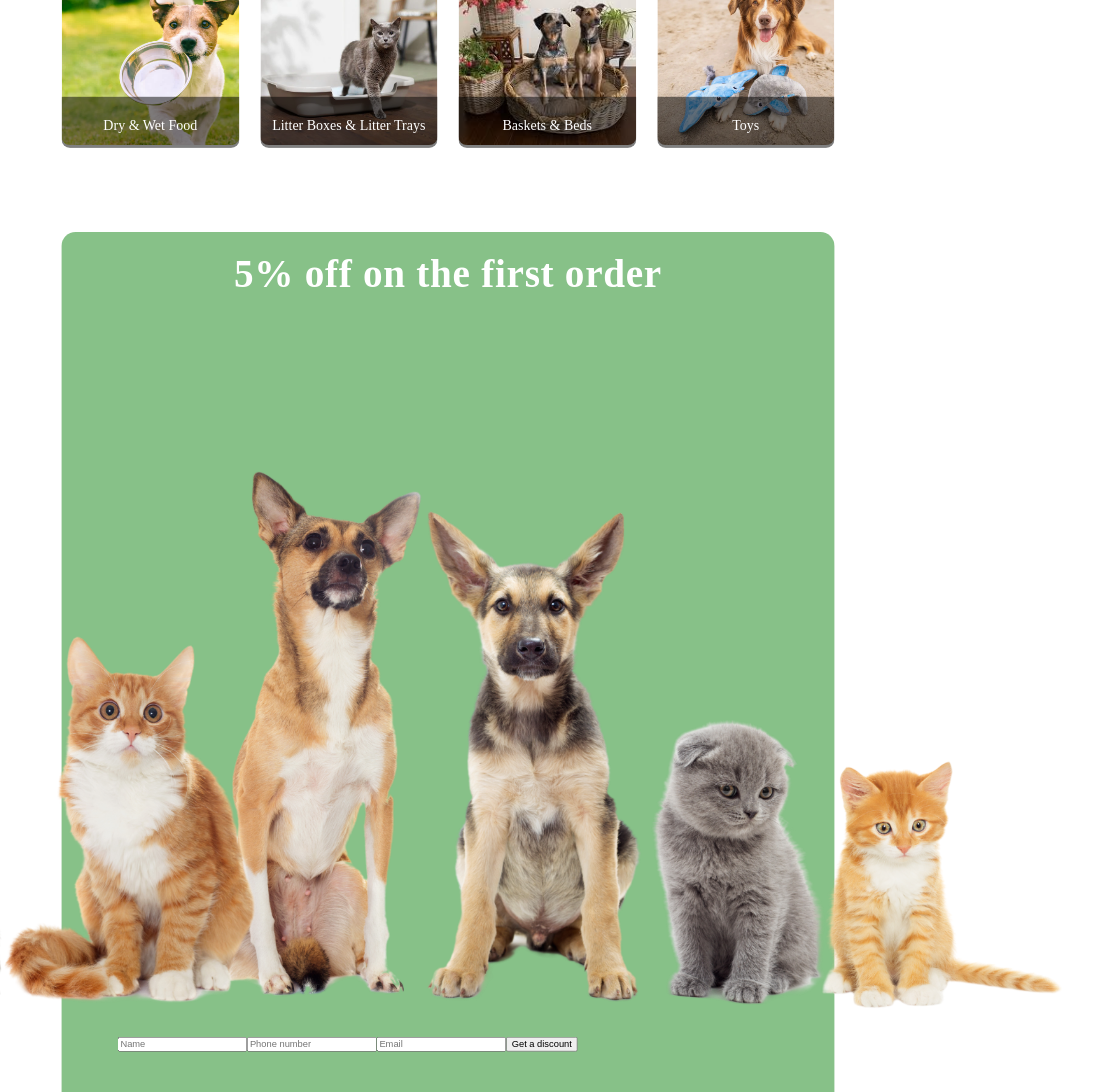
Repository: JuliiaJuliia/pet-shop-frontend
Page: / (app in pet-shop-frontend/)
The author's editor kept a copy of each file at every save. The page is drawn from the files as they stood at one save, then again after the next save.
The browser window is 1280 px wide. The page is 1600 px wide, so the pictures cover 1600 px, including what lies to the right of the window. The pictures show the part of the page from y = 835 to 2395 px (the page is 3082 px tall before and 2802 px after), at 70% of full size.
The project was rebuilt for these pictures with package versions that can differ from the ones it lists, and the page was loaded fresh each time. Also part of the build but not shown: pet-shop-frontend/vite.config.js, pet-shop-frontend/src/pages/CheckoutPage.jsx, pet-shop-frontend/src/api/axios.js, pet-shop-frontend/src/components/ProductList.jsx.

Above is the page before, as saved 2025-11-06 20:58:49.

### pet-shop-frontend/index.html
<!doctype html>
<html lang="en">
  <head>
    <meta charset="UTF-8" />
    <link rel="icon" type="image/svg+xml" href="/vite.svg" />
    <meta name="viewport" content="width=device-width, initial-scale=1.0" />
    <title>pet-shop-frontend</title>
  </head>
  <body>
    <div id="root"></div>
    <script type="module" src="/src/main.jsx"></script>
  </body>
</html>

### pet-shop-frontend/src/main.jsx
import HomePage from "./pages/HomePage";
import CheckoutPage from "./pages/CheckoutPage";
import React from "react";
import ReactDOM from "react-dom/client";
import { BrowserRouter, Routes, Route } from "react-router-dom";
import Header from "./components/Header/Header.jsx";
import ProductList from "./components/ProductList";

function Categories() {
  return <h2 style={{ textAlign: "center" }}>Categories Page</h2>;
}

function Sales() {
  return <h2 style={{ textAlign: "center" }}>Sales Page</h2>;
}

function Cart() {
  return <h2 style={{ textAlign: "center" }}>Your Cart is empty</h2>;
}

ReactDOM.createRoot(document.getElementById("root")).render(
  <BrowserRouter>
    <Header />
    <Routes>
      <Route path="/" element={<HomePage />} />
      <Route path="/categories" element={<Categories />} />
      <Route path="/products" element={<ProductList />} />
      <Route path="/sales" element={<Sales />} />
      <Route path="/cart" element={<Cart />} />
    </Routes>
  </BrowserRouter>
);

### pet-shop-frontend/src/pages/HomePage.jsx
import React from "react";
import MainBanner from "../components/MainBanner";
import Categories from "../components/Categories";
import DiscountBanner from "../components/DiscountBanner";
import SaleSection from "../components/SaleSection/SaleSection";

const HomePage = () => {
  return (
    <div>
      <MainBanner />
      <Categories />
      <DiscountBanner />
      <SaleSection />
    </div>
  );
};

export default HomePage;

### pet-shop-frontend/src/components/Header/Header.jsx
import React from "react";
import { Link } from "react-router-dom";
import "./Header.css";

const Header = () => {
  return (
    <header className="header">
      <div className="header__logo">
        <Link to="/">PetShop 🐾</Link>
      </div>
      <nav className="header__nav">
        <Link to="/">Main Page</Link>
        <Link to="/categories">Categories</Link>
        <Link to="/products">All products</Link>
        <Link to="/sales">All sales</Link>
      </nav>
      <div className="header__cart">
        <Link to="/cart">
        <img src="/icon.svg" alt="Cart" className="header__cart-icon" />
        </Link>
</div>
    </header>
  );
};

export default Header;

### pet-shop-frontend/src/components/MainBanner.jsx
import React from "react";
import { Link } from "react-router-dom";
import "./MainBanner.css";

const MainBanner = () => {
  return (
    <section className="main-banner">
      <div className="main-banner__overlay">
        <div className="main-banner__content">
        <h1>Amazing Discounts <br /> on Pets Products!</h1>
        <Link to="/checkout" className="banner-btn">Check out</Link>
        </div>
      </div>
    </section>
  );
};

export default MainBanner;

### pet-shop-frontend/src/components/Categories.jsx
import React from "react";
import { Link } from "react-router-dom";
import "./Categories.css";

const categories = [
  { id: 1, name: "Dry & Wet Food", image: "/Dog.jpg" },
  { id: 2, name: "Litter Boxes & Litter Trays", image: "/Cat.jpg" },
  { id: 3, name: "Baskets & Beds", image: "/Dogs.jpg" },
  { id: 4, name: "Toys", image: "/Dog and Fish.jpg" },
];

const Categories = () => {
  return (
    <section className="categories">
      <div className="categories__header">
        <h2>Categories</h2>
        <div className="categories__line"></div>

        <Link to="/products" className="all-categories-btn">
          All categories
        </Link>
      </div>

      <div className="categories__grid">
        {categories.map((category) => (
          <div key={category.id} className="category-card">
            <img src={category.image} alt={category.name} />
            <div className="category-card__overlay">
              <p>{category.name}</p>
            </div>
          </div>
        ))}
      </div>
    </section>
  );
};

export default Categories;

### pet-shop-frontend/src/components/DiscountBanner.jsx
import { useState } from "react";
import "./DiscountBanner.css";

export default function DiscountBanner() {
  const [form, setForm] = useState({ name: "", phone: "", email: "" });
  const [sent, setSent] = useState(false);

  const handleChange = (e) => {
    setForm({ ...form, [e.target.name]: e.target.value });
    setError("");
  };

  const handleSubmit = (e) => {
    e.preventDefault();

    if (!form.name || !form.phone || !form.email) {
      setError("Fill in this field");
      return;
    }

    setSent(true);
  };
  return (
    <section className="discount-banner">
      <div className="discount-banner__overlay">
        <div className="discount-banner__container">

          {/* Ліва частина: заголовок + картинка */}
          <div className="discount-banner__left">
            <h2>5% off on the first order</h2>
            <img src="/Pets.jpg" alt="Pets" />
          </div>

          {/* Права частина: форма */}
          <div className="discount-banner__right">
            {!sent ? (
              <form onSubmit={handleSubmit}>
                <input
                  type="text"
                  name="name"
                  placeholder="Name"
                  value={form.name}
                  onChange={handleChange}
                  required
                />
                <input
                  type="tel"
                  name="phone"
                  placeholder="Phone number"
                  value={form.phone}
                  onChange={handleChange}
                  required
                />
                <input
                  type="email"
                  name="email"
                  placeholder="Email"
                  value={form.email}
                  onChange={handleChange}
                  required
                />
                <button type="submit">Get a discount</button>
              </form>
            ) : (
              <p className="discount-banner__success">
                ✅ Thank you! We'll contact you soon!
              </p>
            )}
          </div>

        </div>
      </div>
    </section>
  );
}

### pet-shop-frontend/src/components/SaleSection/SaleSection.jsx
import React from "react";
import "./SaleSection.css";
import { Link } from "react-router-dom";

const saleSection = [
  {
    id: 1,
    name: "Dry Dog Food for Adult Dogs",
    image: "/Dry Dog.jpg",
    oldPrice: 100,
    newPrice: 80,
    discount: "-50%",
  },
  {
    id: 2,
    name: "Ultra Cat Litter Tray Self-Cleaning",
    image: "/Cat Litter.jpg",
    oldPrice: 600,
    newPrice: 450,
    discount: "-34%",
  },
  {
    id: 3,
    name: "Black Dog Bed, Large Dogs",
    image: "/Dog Bed.jpg",
    oldPrice: 150,
    newPrice: 50,
    discount: "-25%",
  },
  {
    id: 4,
    name: "Cat Toy with Real Random Trajectory",
    image: "/Cat Toy.jpg",
    oldPrice: 50,
    newPrice: 25,
    discount: "-17%",
  },
];

const SaleSection = () => {
  return (
    <section className="sale-section">
      {/* 🔹 Верхній заголовок + кнопка справа */}
      <div className="sale-section__header">
        <h2>Sale</h2>
        <div className="sale-section__line"></div>
        <Link to="/categories" className="sale-section__all-btn">
          All categories
        </Link>
      </div>

      {/* 🔹 Сітка товарів */}
      <div className="sale-section__grid">
        {saleSection.map((item) => (
          <div key={item.id} className="sale-card">
            <div className="sale-card__image-container">
              <img src={item.image} alt={item.name} className="sale-card__image" />
              <span className="sale-card__discount">{item.discount}</span>
            </div>
            <div className="sale-card__details">
              <h4 className="sale-card__name">{item.name}</h4>
              <div className="sale-card__prices">
                <span className="sale-card__old">${item.oldPrice.toFixed(2)}</span>
                <span className="sale-card__new">${item.newPrice.toFixed(2)}</span>
              </div>
            </div>
          </div>
        ))}
      </div>
    </section>
  );
};

export default SaleSection;

### pet-shop-frontend/src/components/Header/Header.css
.header {
    display: flex;
    align-items: center;
    justify-content: space-between;
    padding: 20px 60px;
    background-color: #fff;
    box-shadow: 0 2px 5px rgba(0, 0, 0, 0.05);
    position: sticky;
    top: 0;
    z-index: 10;
  }

  .header__logo a {
    font-size: 40px;
    font-weight: 400;
    color: #3d3c3c;
    text-decoration: none;
    display: flex;
    align-items: center;
    gap: 10px;
  }

  .header__nav {
    display: flex;
    gap: 30px;
  }

  .header__nav a {
    font-size: 20px;
    text-decoration: none;
    color: #38383a;
    font-weight: 550;
    transition: 0.3s;
    cursor: url("data:[embedded picture, 129 characters]"), auto;
  }

  .header__nav a:hover {
    color: #24973bf3;
  }

  .cart-icon {
    font-size: 20px;
    text-decoration: none;
  }

  .header__cart-icon {
    width: 30px;
    height: 30px;
    object-fit: contain;
    transition: transform 0.3s ease;
    cursor: url("data:[embedded picture, 129 characters]"), auto;
  }

  .header__cart-icon:hover {
    transform: rotate(10deg) scale(1.15);
  }

### pet-shop-frontend/src/components/MainBanner.css
.main-banner {
  position: relative;
  width: 100%;
  height: 500px;
  background: url("/banner-dog.jpg") center/cover no-repeat;
  display: flex;
  align-items: center;
  justify-content: center;
  border-radius: 10px;
  overflow: hidden;
  margin-bottom: 60px;
}

/* Полупрозрачный шар поверх картинки */
.main-banner__overlay {
  background: rgba(0, 0, 0, 0.35);
  width: 100%;
  height: 100%;
  display: flex;
  align-items: center;
  justify-content: center;
}

/* Текст и кнопка */
.main-banner__content {
  text-align: left;
  color: #fff;
  max-width: 800px;
  padding: 0 40px;
  line-height: 1.1;
  white-space: normal;
  word-break: break-word;
}

.main-banner__content h1 {
  font-size: 54px;
  font-weight: 700;
  line-height: 1.2;
  margin-bottom: 40px;
}


.main-banner__button {
  background-color: #53b955df;
  color: rgb(255, 255, 255);
  border: none;
  border-radius: 6px;
  font-size: 18px;
  padding: 14px 30px;
  cursor: pointer;
  transition: all 0.3s ease;
  cursor: url("data:[embedded picture, 129 characters]"), auto;
}

.main-banner__button:hover {
  background-color: #24973b91;
  ;
  transform: scale(1.05);
}

.banner-btn {
  display: inline-block;
  background-color: #53b955df;
  color: white;
  border: none;
  border-radius: 6px;
  font-size: 18px;
  padding: 14px 30px;
  text-decoration: none;
  text-align: center;
  cursor: pointer;
  transition: all 0.3s ease;
}

.banner-btn:hover {
  background-color: #24973b91;
  transform: scale(1.05);
}

### pet-shop-frontend/src/components/Categories.css
.categories {
    padding: 0px 80px 60px;
    background-color: #fff;
  }

  .categories__title {
    font-size: 36px;
    font-weight: 600;
    margin-bottom: 30px;
    color: #222;
  }

  .categories__grid {
    display: grid;
    grid-template-columns: repeat(auto-fit, minmax(220px, 1fr));
    gap: 30px;
    justify-items: center;
  }

  .category-card {
    position: relative;
    width: 100%;
    max-width: 260px;
    border-radius: 12px;
    overflow: hidden;
    cursor: url("data:[embedded picture, 129 characters]"), auto;
    transition: transform 0.3s ease;
  }

  .category-card img {
    width: 100%;
    height: 260px;
    object-fit: cover;
    border-radius: 12px;
  }

  .category-card__overlay {
    position: absolute;
    display: flex;
    justify-content: center;
    align-items: center;
    text-align: center;
    bottom: 0;
    left: 0;
    right: 0;
    background: rgba(0, 0, 0, 0.5);
    color: #fff;
    font-size: 20px;
    font-weight: 500;
    padding-top: 10px;
    transition: background 0.3s ease;
  }

  .category-card:hover {
    transform: scale(1.05);
  }

  .category-card:hover .category-card__overlay {
    background: rgba(0, 0, 0, 0.7);
  }

  .categories__header {
    display: flex;
    align-items: center;
    justify-content: space-between;
    position: relative;
    margin-bottom: 30px;
  }

  .categories__header h2 {
    font-size: 35px;
    font-weight: 700;
    color: #222;
    letter-spacing: 1.5px;
    background-color: #fff;
    padding-right: 15px;
    z-index: 1;
  }

  .categories__line {
    position: absolute;
    left: 0;
    right: 0;
    height: 1px;
    background-color: #ddd;
    top: 50%;
    transform: translateY(-50%);
    z-index: 0;
  }

  .all-categories-btn {
    display: inline-flex;
    align-items: center;
    justify-content: center;
    background-color: #fff;
    border: 1px solid #ccc;
    border-radius: 6px;
    padding: 6px 14px;
    font-size: 17px;
    font-weight: 500;
    color: #333;
    text-decoration: none;
    outline: none;
    cursor: pointer;
    z-index: 1;
    transition: all 0.3s ease;
  }

  .all-categories-btn:hover {
    background-color: #53b955cd;
    color: #fff;
    border-color: #24973b91;
    transform: scale(1.05);
    cursor: url("/paw-cursor.png"), auto;
    cursor: url("data:[embedded picture, 129 characters]"), auto;
  }

### pet-shop-frontend/src/components/DiscountBanner.css
/* контейнер банера */
.discount-banner {
  background-color: #60ad61c0;
  color: #fff;
  border-radius: 20px;
  margin: 60px 80px;
  padding: 60px 80px 140px; /* зверни увагу: великий паддінг знизу для місця під тварин */
  position: relative;
  overflow: visible;
  display: block;
}

.discount-banner__title {
  position: absolute;
  top: 30px;
  left: 50%;
  transform: translateX(-50%);
  text-align: center;
  font-size: 56px;
  font-weight: 700;
  letter-spacing: 1px;
  width: 100%;
  margin: 0;
  z-index: 3;
}

/* заголовок — по центру всього блоку (горизонтально + вертикально) */
.discount-banner__left h2 {
  position: absolute;
  top: 0px;

  left: 50%;
  transform: translate(-50%, -50%);
  margin: 0;
  font-size: 56px;
  font-weight: 700;
  letter-spacing: 1px;
  text-align: center;
  width: 100%;
  line-height: 1.05;
}

/* вміст під заголовком: картинка ліворуч, форма праворуч */
.discount-banner__content {
  display: flex;
  justify-content: space-between;
  align-items: flex-end;
  gap: 50px;
  width: 100%;
  position: relative;
  margin-top: 0px;
}

/* ліва частина (картинка) */
.discount-banner__left {
  flex: 1;
  display: flex;
  justify-content: center;
  align-items: flex-end;    /* картинка "сидить" внизу колонки */
  position: relative;
  padding-bottom: 10px;     /* трохи простору під картинкою */
}

/* картинка тварин — збільшена і з позицією внизу (на межі фону) */
.discount-banner__image {
  max-width: 720px;         /* збільшити розмір тварин */
  width: 100%;
  height: auto;
  object-fit: contain;
  position: absolute;
  left: 50%;
  transform: translateX(-50%);
  bottom: -160px;
}

/* права частина — форма (по центру вертикалі блоку) */
.discount-banner__form {
  flex: 0 0 350px;
  right: 50px;
  top: 50px;
  display: flex;
  align-items: center;
  justify-content: center;
  position: relative;
}

/* стилі самої форми */
.discount-banner__form form {
  width: 100%;
  display: flex;
  flex-direction: column;
  gap: 12px;
  background: #24973ba3;
  padding: 18px;
  border-radius: 10px;
}

.discount-banner__form input {
  padding: 10px 14px;
  border-radius: 8px;
  border: none;
  font-size: 15px;
  outline: none;
}

.discount-banner__form button {
  padding: 10px 14px;
  border-radius: 8px;
  border: none;
  background: #fff;
  color: #24973be4;
  font-weight: 600;
  cursor: url("data:[embedded picture, 129 characters]"), auto;
}

/* адаптация под мобильные екраны */
@media (max-width: 900px) {
  .discount-banner {
    margin: 30px 24px;
    padding: 40px 24px 120px;
  }
  /* заголовок — по центру горизонталі, але біля верхнього краю */
.discount-banner__left h2 {
  position: absolute;
  top: 40px;
  left: 50%;
  transform: translateX(-50%);
  margin: 0;
  font-size: 56px;
  font-weight: 700;
  letter-spacing: 1px;
  text-align: center;
  width: 100%;
  line-height: 1.1;
}
  .discount-banner__content {
    flex-direction: column;
    align-items: center;
    margin-top: 60px;
  }
  .discount-banner__form {
    width: 100%;
    flex: none;
    margin-top: 20px;
  }
  .discount-banner__image {
    position: relative;
    bottom: -6px;
    left: 50%;
    transform: translateX(-50%);
    max-width: 320px;
  }
}

Loaded but not shown: pet-shop-frontend/src/components/SaleSection/SaleSection.css (135 lines, source omitted)

After the next save:
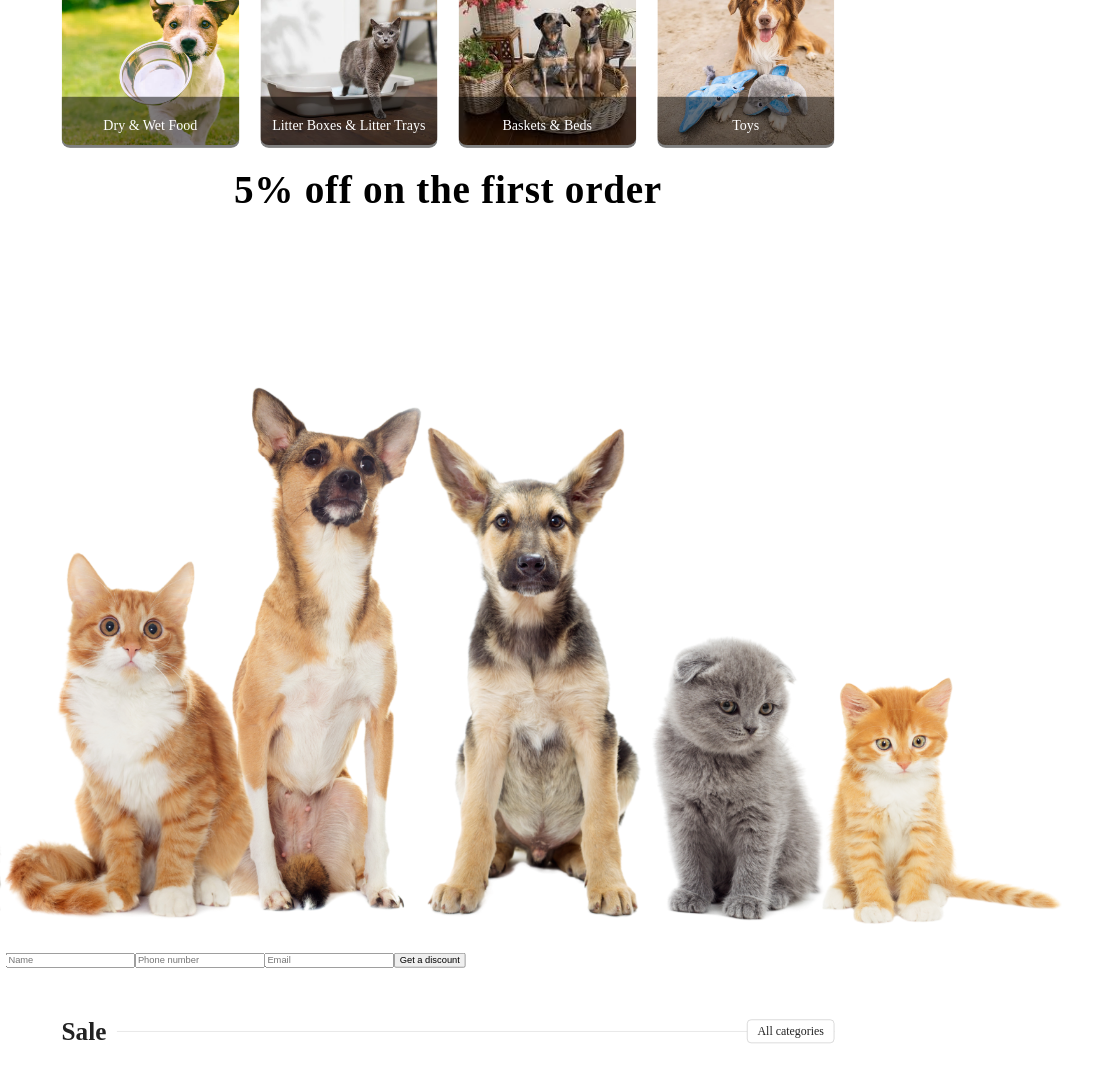
Saved 5 s later.
--- a/pet-shop-frontend/src/components/DiscountBanner.css
+++ b/pet-shop-frontend/src/components/DiscountBanner.css
@@ -1,14 +1,5 @@
 /* контейнер банера */
-.discount-banner {
-  background-color: #60ad61c0;
-  color: #fff;
-  border-radius: 20px;
-  margin: 60px 80px;
-  padding: 60px 80px 140px; /* зверни увагу: великий паддінг знизу для місця під тварин */
-  position: relative;
-  overflow: visible;
-  display: block;
-}
+
 
 .discount-banner__title {
   position: absolute;

After the save that followed:
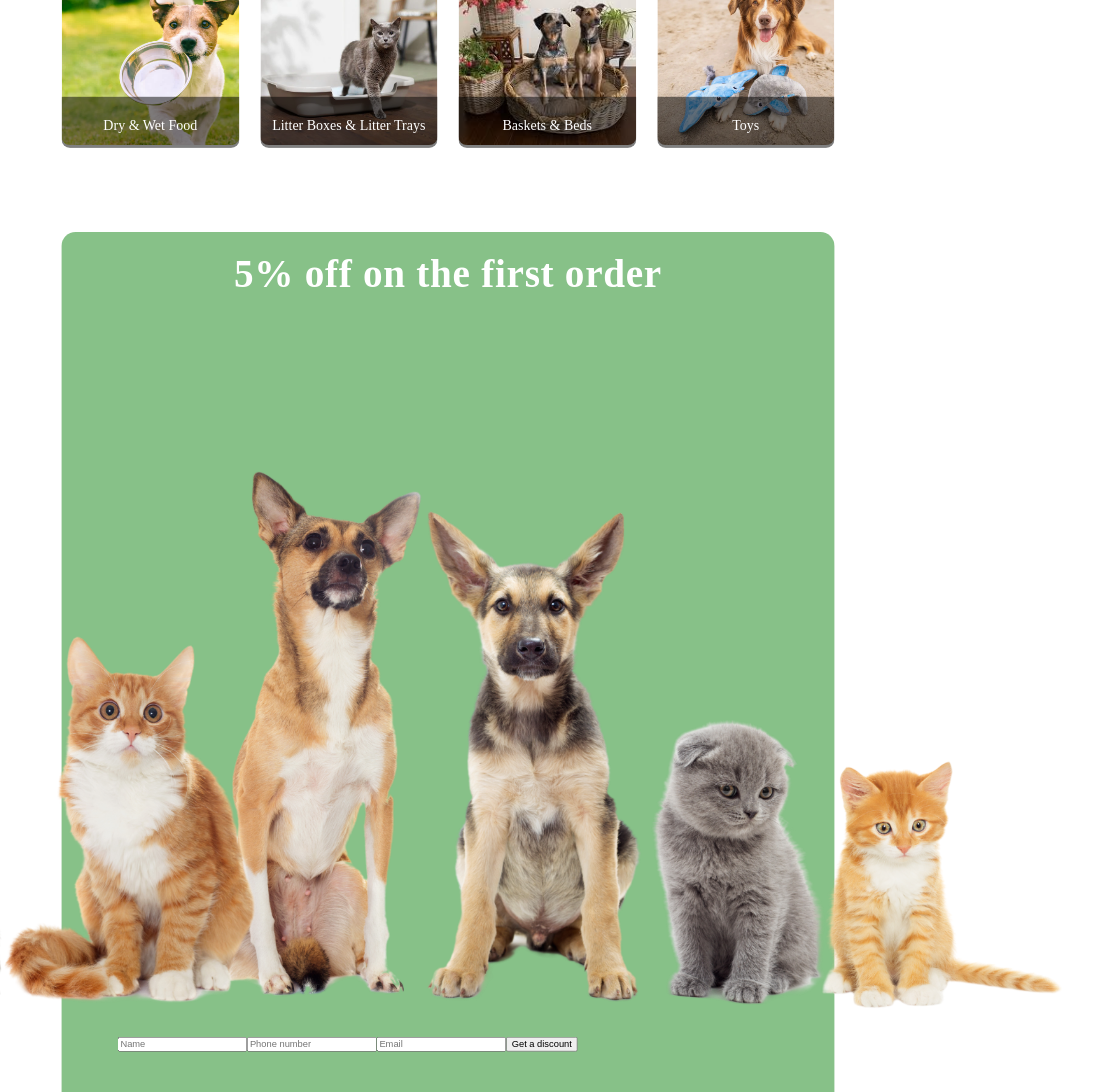
Saved 15 s later.
--- a/pet-shop-frontend/src/components/DiscountBanner.css
+++ b/pet-shop-frontend/src/components/DiscountBanner.css
@@ -1,18 +1,13 @@
 /* контейнер банера */
-
-
-.discount-banner__title {
-  position: absolute;
-  top: 30px;
-  left: 50%;
-  transform: translateX(-50%);
-  text-align: center;
-  font-size: 56px;
-  font-weight: 700;
-  letter-spacing: 1px;
-  width: 100%;
-  margin: 0;
-  z-index: 3;
+.discount-banner {
+  background-color: #60ad61c0;
+  color: #fff;
+  border-radius: 20px;
+  margin: 60px 80px;
+  padding: 60px 80px 140px; /* зверни увагу: великий паддінг знизу для місця під тварин */
+  position: relative;
+  overflow: visible;
+  display: block;
 }
 
 /* заголовок — по центру всього блоку (горизонтально + вертикально) */
